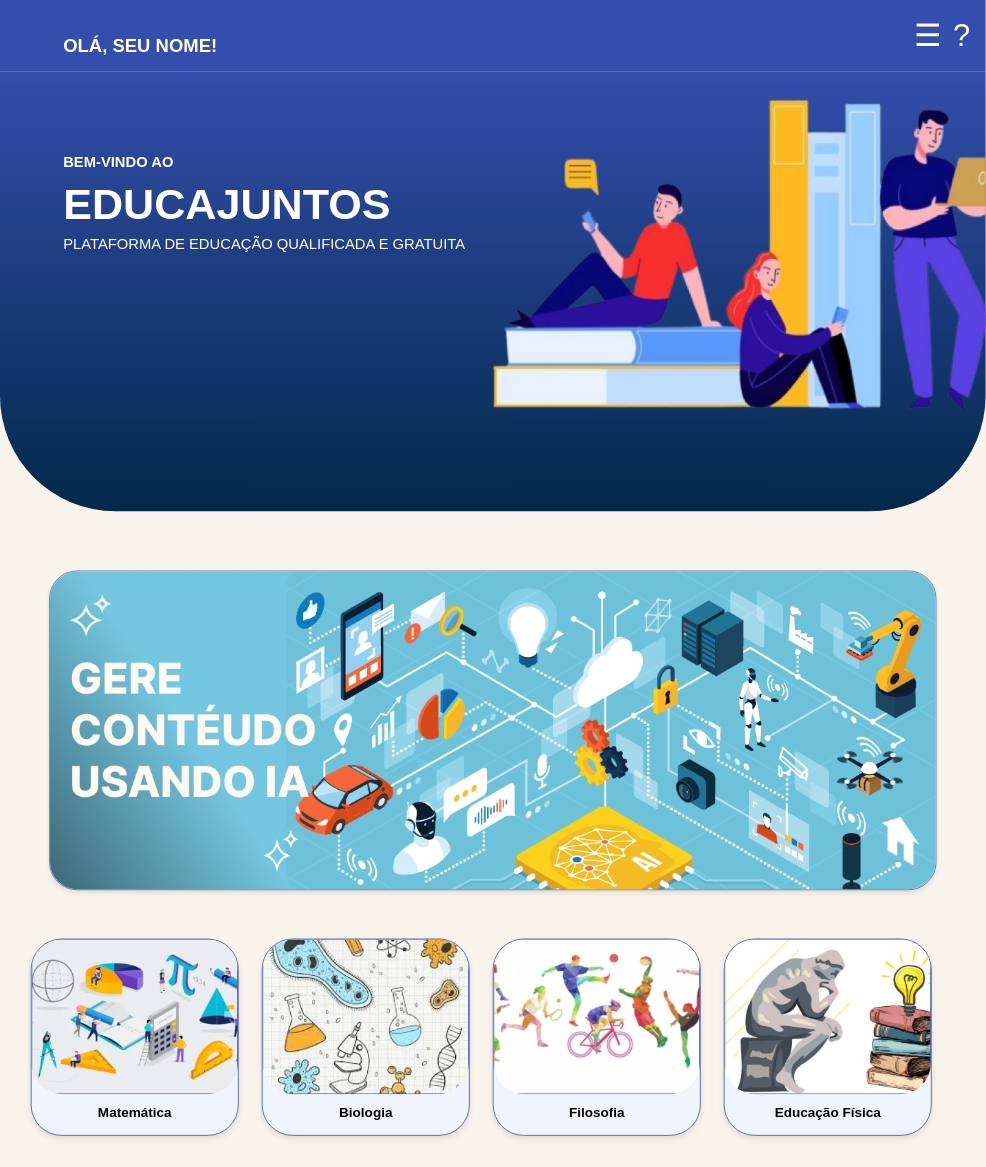
Repository: Matheus904-12/EDUCAJUNTOS
Page: inicio/index.html
The author's editor kept a copy of each file at every save. The page is drawn from the files as they stood at one save, then again after a run of saves.
The browser window is 1280 px wide. The pictures show the whole page, at 77% of full size.

Above is the page before, as saved 2024-10-28 20:00:20.

After the next 2 saves:
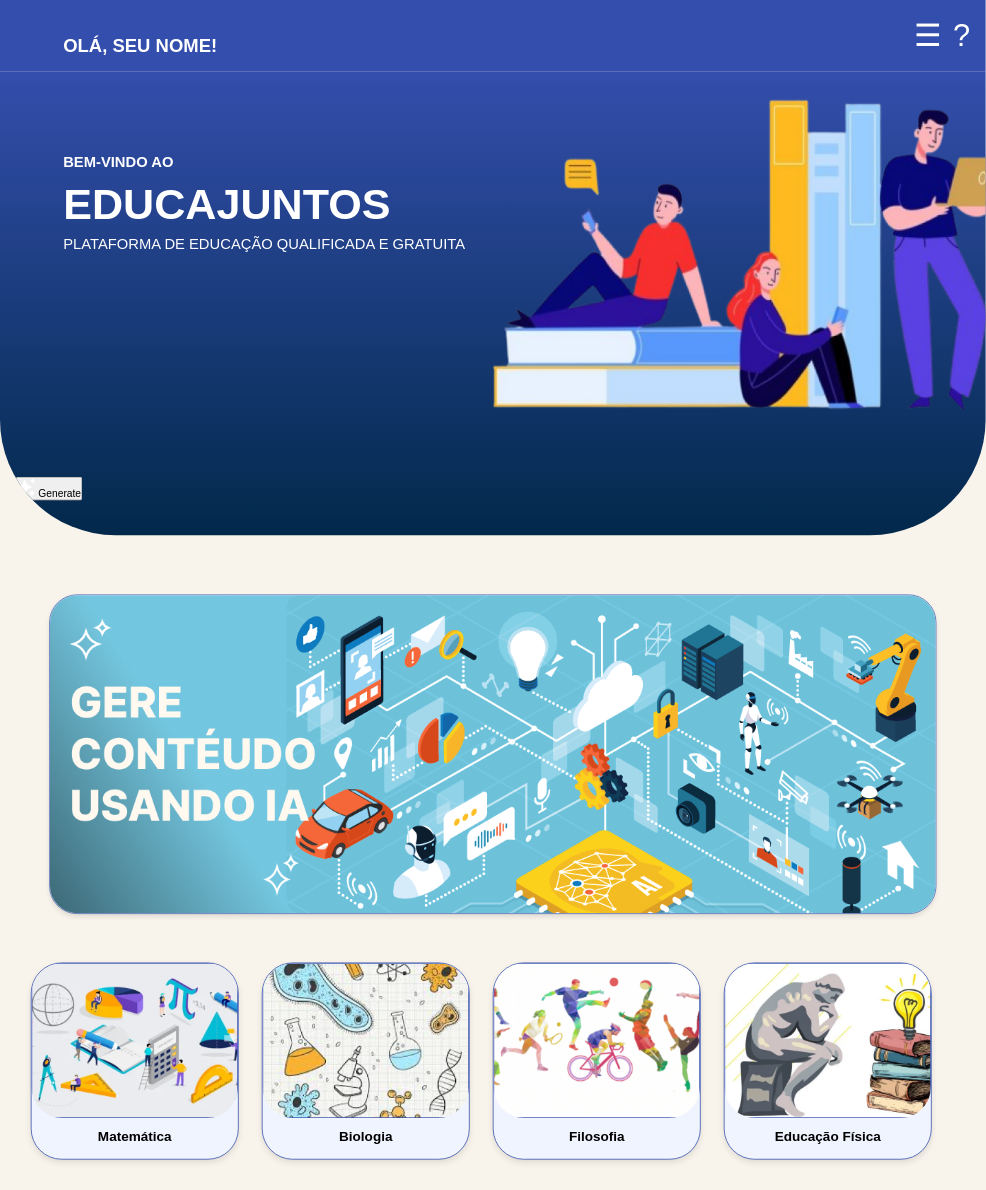
The 2 saves are shown as one change because they came seconds apart.
The last was saved 4 min 14 s later.
--- a/inicio/index.html
+++ b/inicio/index.html
@@ -24,6 +24,13 @@
         <div class="hero-image">
             <img src="../image/1.png" alt="Imagem ilustrativa de pessoas estudando">
         </div>
+        <button class="btn">
+            <svg height="24" width="24" fill="#FFFFFF" viewBox="0 0 24 24" data-name="Layer 1" id="Layer_1" class="sparkle">
+                <path d="M10,21.236,6.755,14.745.264,11.5,6.755,8.255,10,1.764l3.245,6.491L19.736,11.5l-6.491,3.245ZM18,21l1.5,3L21,21l3-1.5L21,18l-1.5-3L18,18l-3,1.5ZM19.333,4.667,20.5,7l1.167-2.333L24,3.5,21.667,2.333,20.5,0,19.333,2.333,17,3.5Z"></path>
+            </svg>
+
+            <span class="text">Generate</span>
+        </button>
     </section>
 
     <br>
